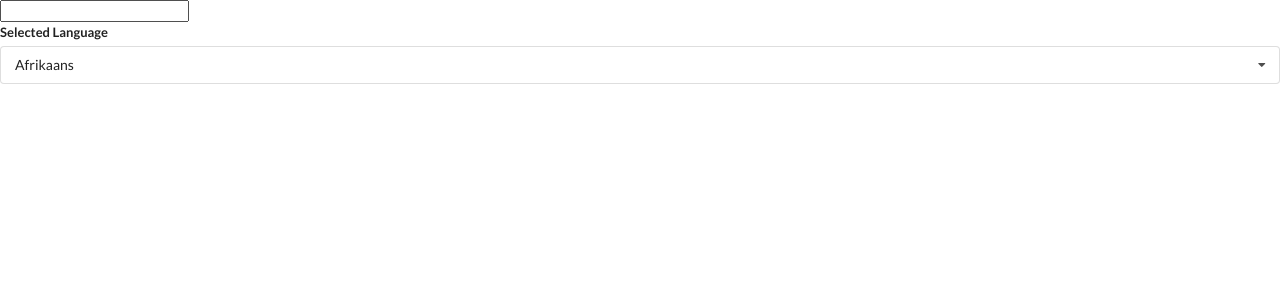
Repository: striver-69/Widjets-App
Page: /
These files come from the project's save history. The page is drawn as it stood at one moment and after the next save; the edit follows.
The browser window is 1280 px wide. The pictures show the whole page.
The project was rebuilt for these pictures with package versions that can differ from the ones it lists, and the page was loaded fresh each time. Also part of the build but not shown: src/components/Accordion.js, src/components/Search.js.

Above is the page before, as saved 2021-03-04 18:15:15.

### public/index.html
<!DOCTYPE html>
<html lang="en">
  <head>
    <meta charset="utf-8" />
    <link rel="icon" href="%PUBLIC_URL%/favicon.ico" />
    <meta name="viewport" content="width=device-width, initial-scale=1" />
    <meta name="theme-color" content="#000000" />
    <link rel ="stylesheet" href="https://cdnjs.cloudflare.com/ajax/libs/semantic-ui/2.4.1/semantic.min.css"/>
    <meta
      name="description"
      content="Web site created using create-react-app"
    />
    <link rel="apple-touch-icon" href="%PUBLIC_URL%/logo192.png" />
    <!--
      manifest.json provides metadata used when your web app is installed on a
      user's mobile device or desktop. See https://developers.google.com/web/fundamentals/web-app-manifest/
    -->
    <link rel="manifest" href="%PUBLIC_URL%/manifest.json" />
    <!--
      Notice the use of %PUBLIC_URL% in the tags above.
      It will be replaced with the URL of the `public` folder during the build.
      Only files inside the `public` folder can be referenced from the HTML.

      Unlike "/favicon.ico" or "favicon.ico", "%PUBLIC_URL%/favicon.ico" will
      work correctly both with client-side routing and a non-root public URL.
      Learn how to configure a non-root public URL by running `npm run build`.
    -->
    <title>React App</title>
  </head>
  <body>
    <noscript>You need to enable JavaScript to run this app.</noscript>
    <div id="root"></div>
    <!--
      This HTML file is a template.
      If you open it directly in the browser, you will see an empty page.

      You can add webfonts, meta tags, or analytics to this file.
      The build step will place the bundled scripts into the <body> tag.

      To begin the development, run `npm start` or `yarn start`.
      To create a production bundle, use `npm run build` or `yarn build`.
    -->
  </body>
</html>

### src/index.js
import React from 'react'
import ReactDOM from 'react-dom'
import App from './App'

ReactDOM.render(<App/>,document.querySelector('#root'))

### src/App.js
import React, { useState } from 'react'
import Accordion from './components/Accordion'
import Search from './components/Search'
import Dropdown from './components/Dropdown'
import Translate from './components/Translate'

const items=[
  {
    title:'What is react ?',
    content:'React is a frontend javascript framework'
  },
  {
    title:'Why use React?',
    content:'React is a favourite javascript framework among engineers'
  },
  {
    title:'How do you use react',
    content:'You use React by creating components'
  }
]

const options=[
  {
    label:'the color red',
    value:'red'
  },
  {
    label:'the color green',
    value:'green'
  },
  {
    label:'A shade of blue',
    value:'blue'
  }
]

export default ()=>{
  return (
    <div>
      <Translate/>
    </div>
  )
}

### src/components/Dropdown.js
import React, { useState,useEffect,useRef } from 'react'

export default function Dropdown({label,options,selected,onSelectedChange}) {
  const [open,setOpen]=useState(false)
  const ref=useRef()

  useEffect(() => {
    const onBodyClick=(event)=>{
      if(ref.current&&ref.current.contains(event.target)){
        return
      }
      setOpen(false)
    }
    document.addEventListener('click',onBodyClick)

    return ()=>{
      document.body.removeEventListener('click',onBodyClick)
    }

  }, [])

  const renderedOptions=options.map((option)=>{
    if(option.value === selected.value){
      return null
    }

    return(
      <div key={option.value} className="item" onClick={()=>onSelectedChange(option)}>
        {option.label}
      </div>
    )
  })

  return (
    <div ref={ref} className="ui form">
      <div className="field">
        <label className="label">{label}</label>
        <div onClick={()=>setOpen(!open)} className={`ui selection dropdown ${open?'visible active':''}`}>
          <i className="dropdown icon"></i>
          <div className="text">{selected.label}</div>
          <div className={`menu ${open?'visible transition':''}`}>
            {renderedOptions}
          </div>
        </div>
      </div>
    </div>
  )
}

### src/components/Translate.js
import React,{useState} from 'react'
import Dropdown from './Dropdown'

const options=[
  {
    label:'Afrikaans',
    value:'af'
  },
  {
    label:'Arabic',
    value:'ar'
  },
  {
    label:'Hindi',
    value:'hi'
  }
]

const Translate=()=>{
  const [language,setLanguage]=useState(options[0])
  const [text,setText]=useState('')

  return(
    <div>
    <input value={text} onChange={(e)=>setText(e.target.value)}/>
      <Dropdown label={`Selected Language`} selected={language} onSelectedChange={setLanguage} options={options}/>
    </div>
  )
}

export default Translate

After the next save:
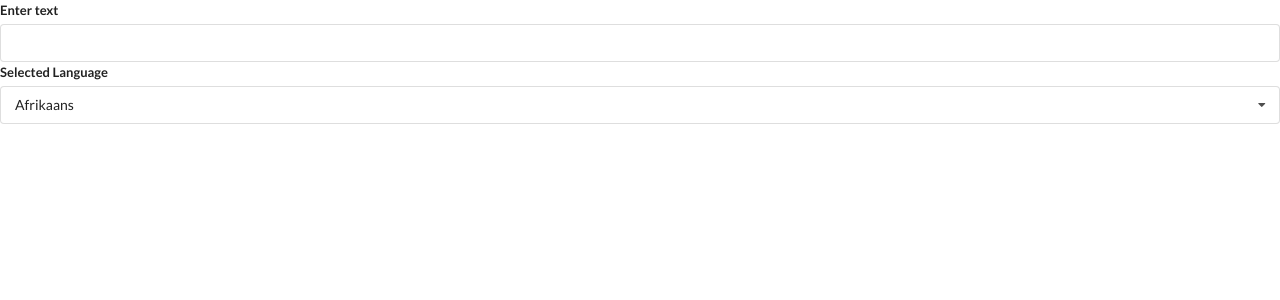
Saved 78 s later.
--- a/src/components/Translate.js
+++ b/src/components/Translate.js
@@ -22,7 +22,12 @@ const Translate=()=>{
 
   return(
     <div>
-    <input value={text} onChange={(e)=>setText(e.target.value)}/>
+      <div className="ui form">
+        <div className="field">
+          <label>Enter text</label>
+          <input value={text} onChange={(e)=>setText(e.target.value)}/>
+        </div>
+      </div>
       <Dropdown label={`Selected Language`} selected={language} onSelectedChange={setLanguage} options={options}/>
     </div>
   )
